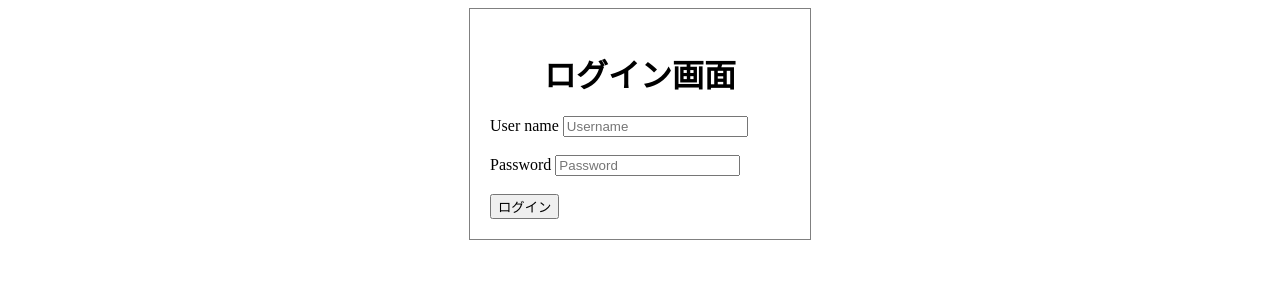
Repository: Jutta197/frontend726
Page: css_ex/login/login.html
These files come from the project's save history. The page is drawn as it stood at one moment and after the next save; the edit follows.
The browser window is 1280 px wide. The pictures show the whole page.

Above is the page before, as saved 2023-07-31 09:43:13.

After the next save:
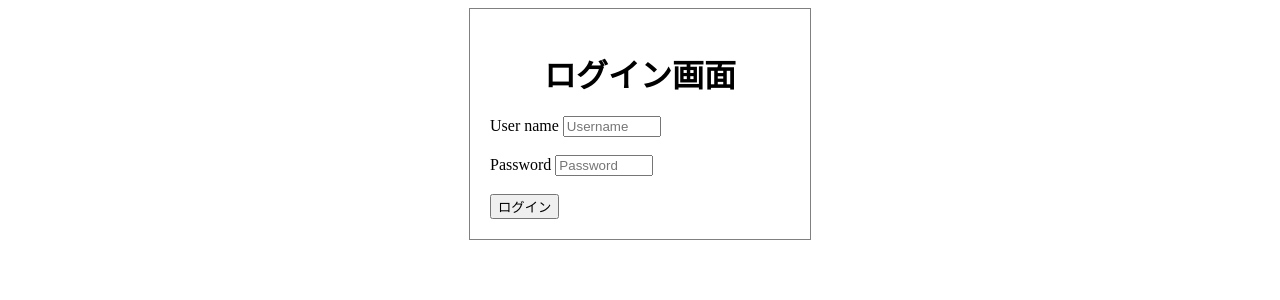
Saved 22 s later.
--- a/css_ex/login/style.css
+++ b/css_ex/login/style.css
@@ -10,9 +10,10 @@ h1 {
     margin-bottom: 20px;
 }
 
-/* #username,#password{
+#username,
+#password {
     width: 90px;
-} */
+}
 
 .submit-button {}
 
